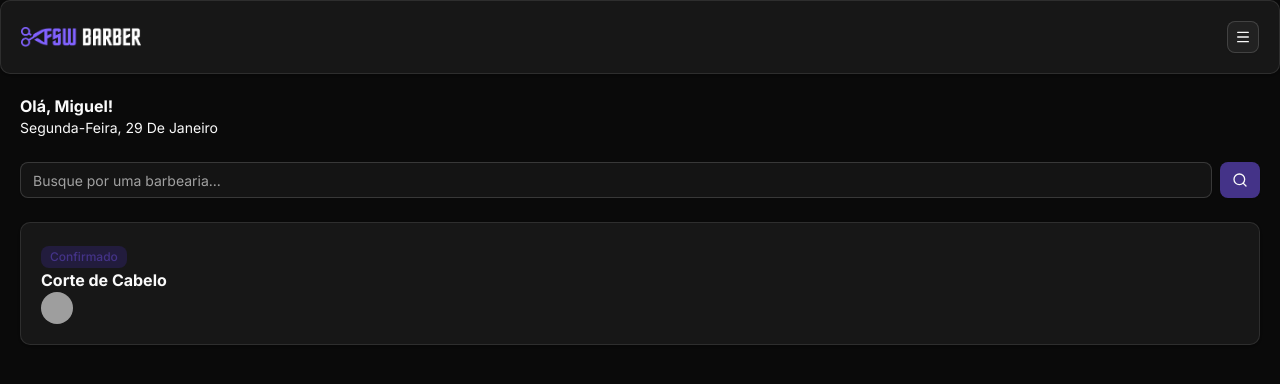
Repository: PaulinhoMachadooo/Barber
Page: /
These files come from the project's save history. The page is drawn as it stood at one moment and after the next save; the edit follows.
The browser window is 1280 px wide. The pictures show the whole page.
Pictures or frames that could not be fetched are drawn as grey boxes. The project was rebuilt for these pictures with package versions that can differ from the ones it lists, and the page was loaded fresh each time. The framework's server and built-in components were replaced by stand-ins that run in the browser. Also part of the build but not shown: next.config.ts.

Above is the page before, as saved 2025-04-13 18:41:28.

After the next save:
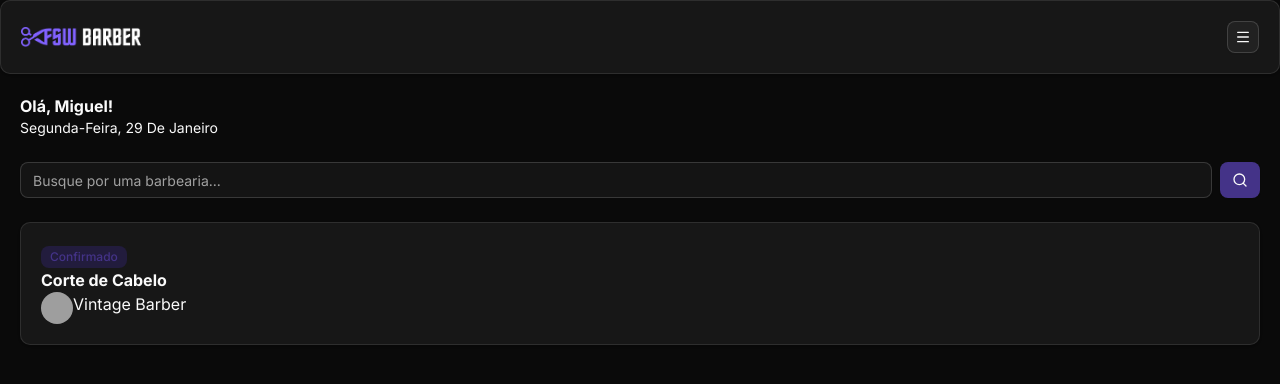
Saved 32 s later.
--- a/app/_components/booking-item.tsx
+++ b/app/_components/booking-item.tsx
@@ -17,6 +17,8 @@ const  BookingItem = () => {
 
                             <AvatarFallback>A</AvatarFallback>
                         </Avatar>
+
+                        <h3>Vintage Barber</h3>
                     </div>
                 </div>
             </CardContent>
